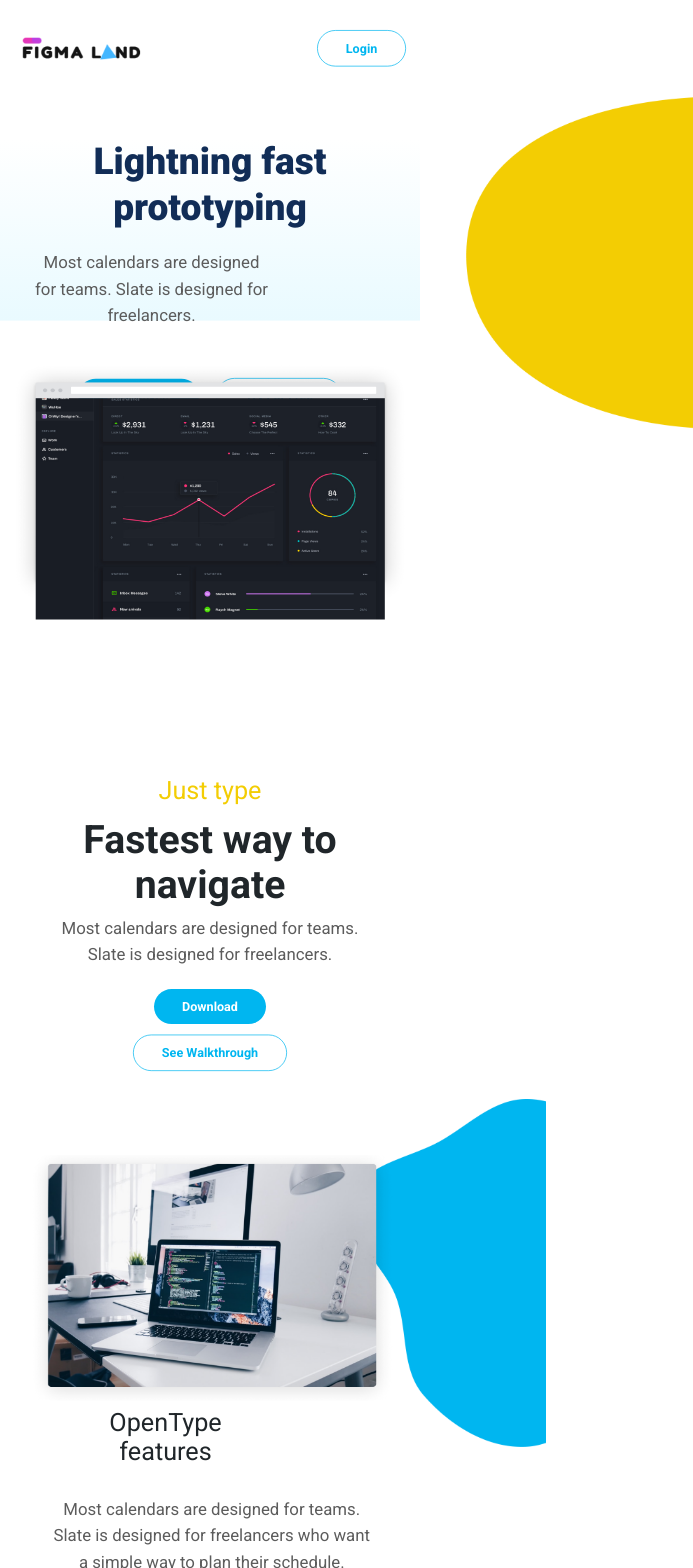
Repository: tungcutte35/Figma-Land
Page: sass/index.html
The author's editor kept a copy of each file at every save. The page is drawn from the files as they stood at one save, then again after the next save.
The browser window is 600 px wide. The page is 990 px wide, so the pictures cover 990 px, including what lies to the right of the window. The pictures show the part of the page from y = 0 to 2240 px (the page is 5961 px tall before and 5955 px after), at 70% of full size.
The style sheet was rebuilt from its Sass, Less or Tailwind sources for each picture, by a compiler version that may differ from the author's.

Above is the page before, as saved 2021-10-25 15:43:00.

After the next save:
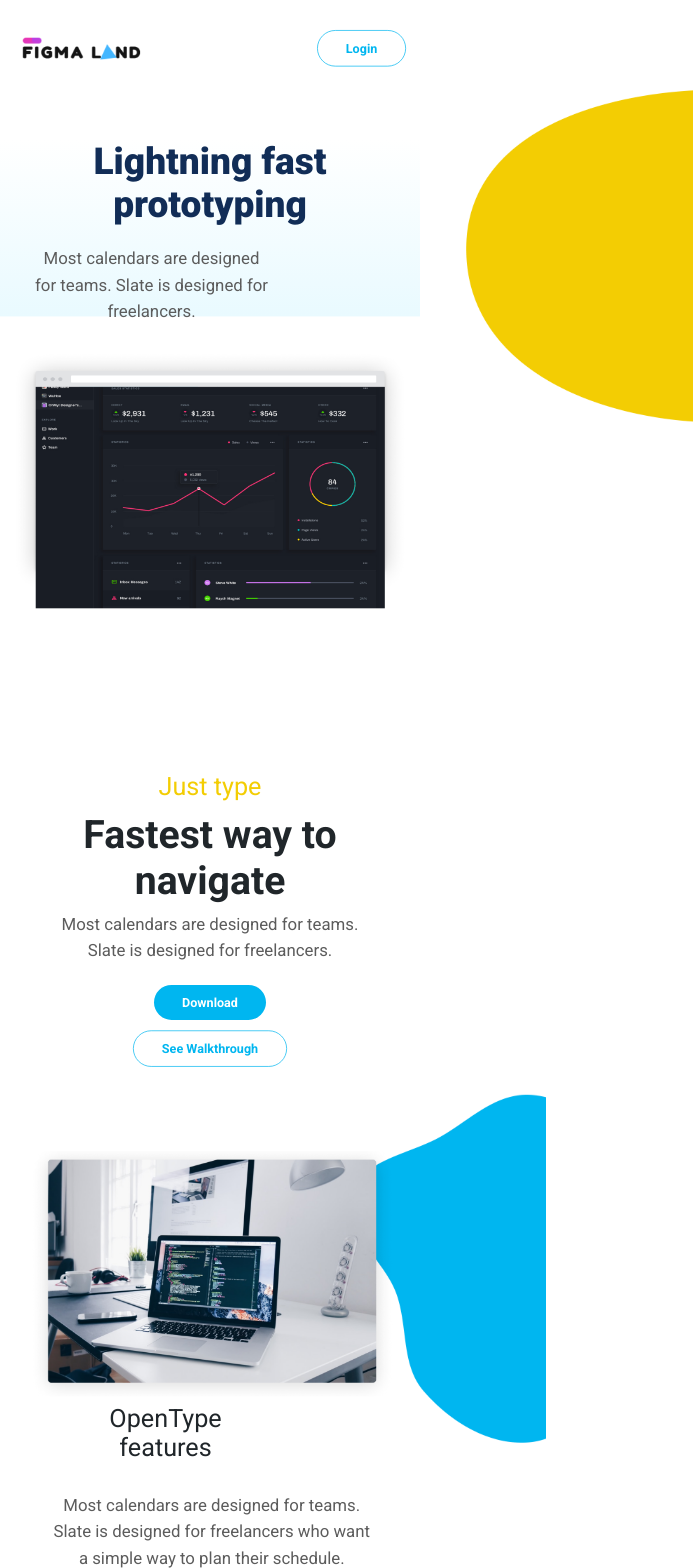
Saved 66 s later.
--- a/sass/_lightning.scss
+++ b/sass/_lightning.scss
@@ -61,7 +61,7 @@
     }
     &-heading {
       font-size: 53px;
-      line-height: calc(65 / 53);
+      line-height: calc(62 / 53);
     }
     &-content {
       font-size: 24px;
